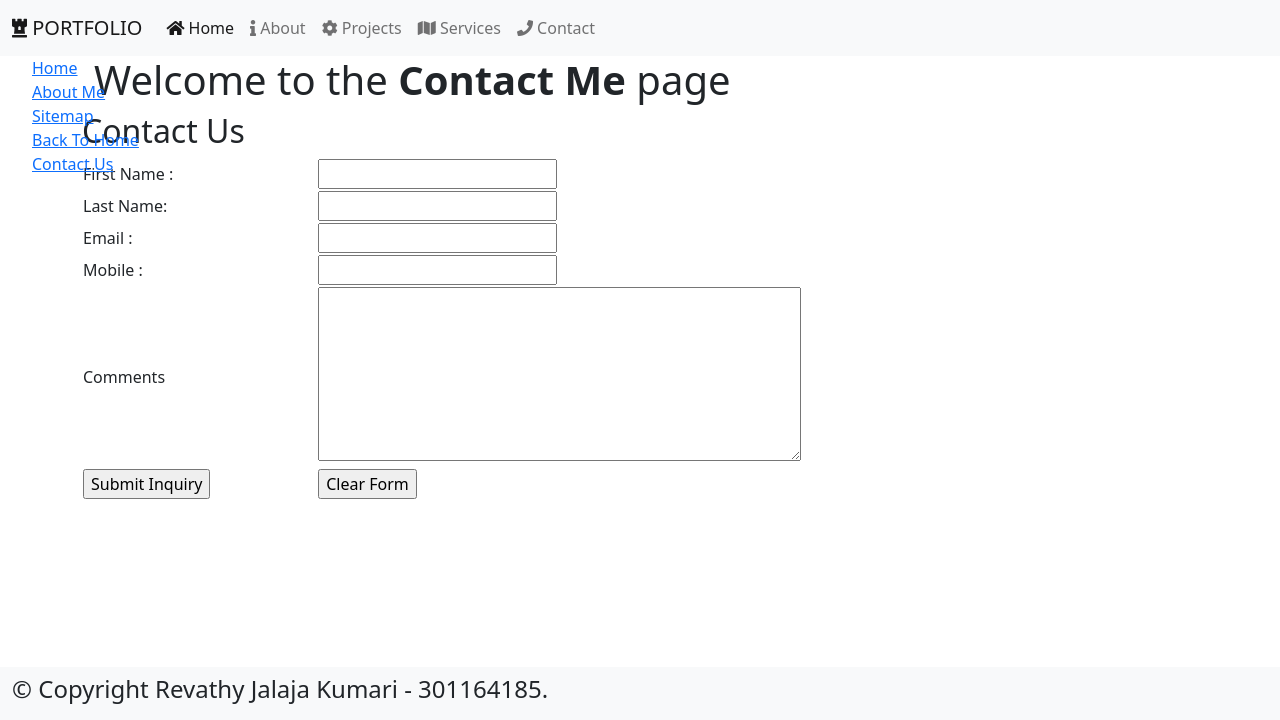
Repository: RevathyJK/Portfolio
Page: http://localhost/contact
An editor plug-in stored every save of this project. The page is shown before and after the next save, followed by the edit.
The browser window is 1280 px wide. The pictures show the whole page.
The page is served by the project's Node server (server.js).

Above is the page before, as saved 2021-09-30 15:43:36.

After the next save:
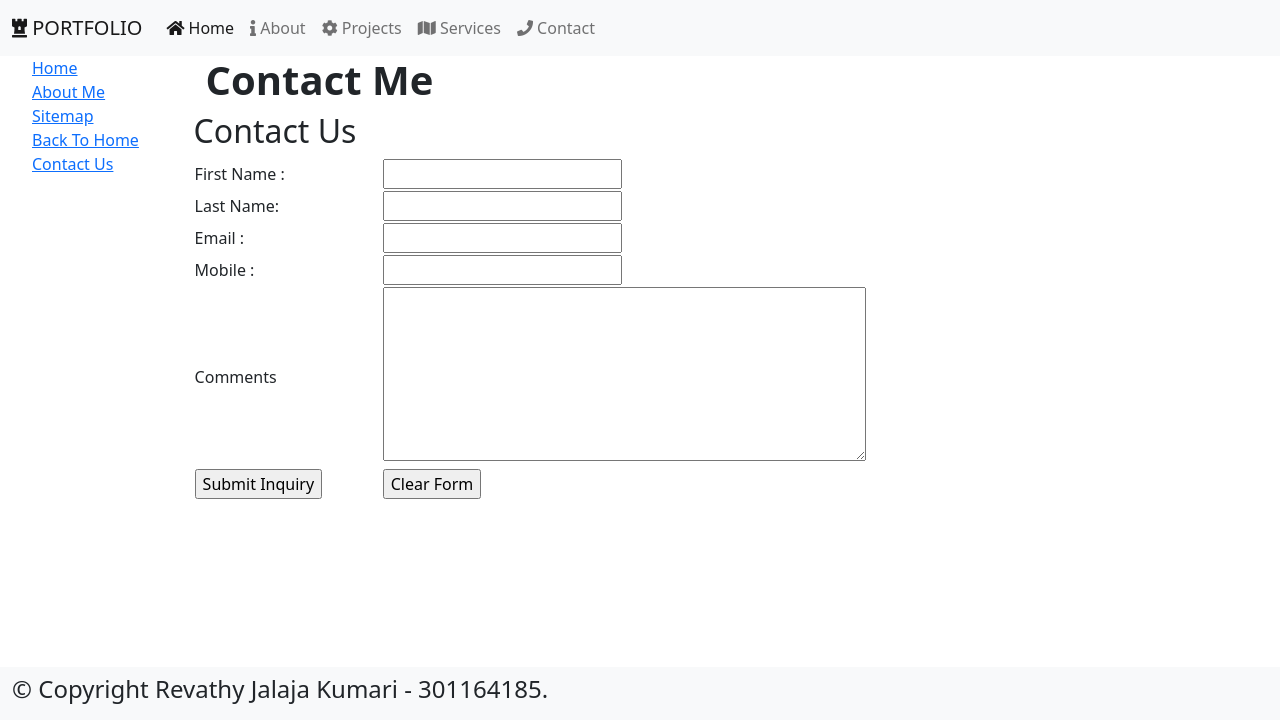
Saved 56 s later.
--- a/Server/Views/content/contact.ejs
+++ b/Server/Views/content/contact.ejs
@@ -1,5 +1,6 @@
+<div id ="allPage">
 <div class="container">
-        <h1>Welcome to the <strong><%= title %></strong> page</h1>
+        <h1><strong><%= title %></strong></h1>
 </div>
 
 <main>
@@ -51,3 +52,5 @@
 </form>
 
 </main>
+
+</div>
